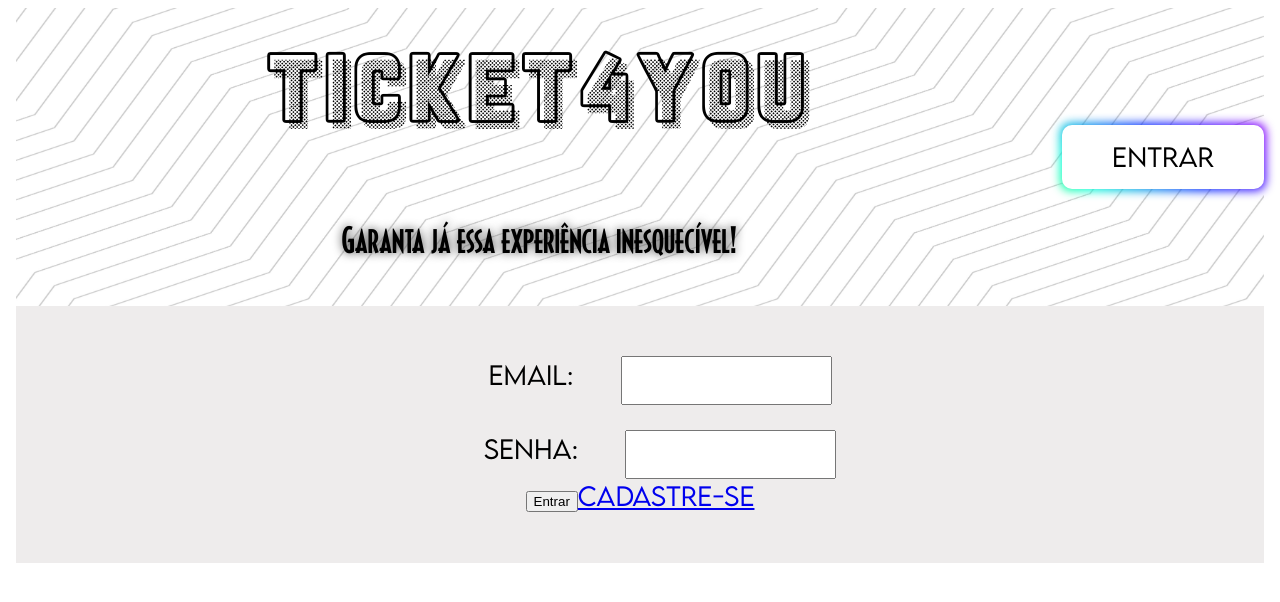
Repository: hellengurgaczz/projeto-DSA
Page: /login
The author's editor kept a copy of each file at every save. The page is drawn from the files as they stood at one save, then again after a run of saves.
The browser window is 1280 px wide. The pictures show the whole page.
The project was rebuilt for these pictures with package versions that can differ from the ones it lists, and the page was loaded fresh each time. Some packages were replaced by stand-ins written for this rebuild. Also part of the build but not shown: angular.json, src/app/ingressos/templates/cadastrar/cadastrar.component.ts, src/app/models/ingresso.model.ts, src/app/services/ingresso.service.ts, src/app/compra/comprar-ingresso/comprar-ingresso.component.ts, src/app/models/compra.model.ts, src/app/services/compra.service.ts, src/app/ingressos/templates/deletar/deletar.component.ts and 3 more.

Above is the page before, as saved 2022-05-10 12:32:15.

### src/index.html
<!doctype html>
<html lang="en">
<head>
  <meta charset="utf-8">
  <title>ProjetoDSA</title>
  <base href="/">
  <meta name="viewport" content="width=device-width, initial-scale=1">
  <link rel="icon" type="image/x-icon" href="favicon.ico">
</head>
<body>
  <app-root></app-root>
</body>
</html>

### src/app/app.module.ts
import { NgModule } from '@angular/core';
import { BrowserModule } from '@angular/platform-browser';
import { HttpClientModule } from '@angular/common/http';

import { AppRoutingModule } from './app-routing.module';
import { BrowserAnimationsModule } from '@angular/platform-browser/animations';
import { AppComponent } from './app.component';
import { HeaderComponent } from './ingressos/templates/header/header.component';
import { CadastrarComponent } from './ingressos/templates/cadastrar/cadastrar.component';
import { ListarComponent } from './ingressos/templates/listar/listar.component';
import { DeletarComponent } from './ingressos/templates/deletar/deletar.component';
import { EditarComponent } from './ingressos/templates/editar/editar.component';

// imports angular material

import { FormsModule } from '@angular/forms';
import { ComprarIngressoComponent } from './compra/comprar-ingresso/comprar-ingresso.component';
import { LoginComponent } from './login/login.component';
import { LoginCadastroComponent } from './login/login-cadastro/login-cadastro.component';


@NgModule({
  imports: [
    BrowserModule,
    AppRoutingModule,
    HttpClientModule,
    BrowserAnimationsModule,
    FormsModule
  ],
  declarations: [
    AppComponent,
    HeaderComponent,
    CadastrarComponent,
    ListarComponent,
    DeletarComponent,
    EditarComponent,
    ComprarIngressoComponent,
    LoginComponent,
    LoginCadastroComponent
  ],
  providers: [],
  bootstrap: [AppComponent]
})
export class AppModule { }

### src/app/app-routing.module.ts
import { NgModule } from '@angular/core';
import { RouterModule, Routes } from '@angular/router';
import { CadastrarComponent } from './ingressos/templates/cadastrar/cadastrar.component';
import { ComprarIngressoComponent } from './compra/comprar-ingresso/comprar-ingresso.component';
import { DeletarComponent } from './ingressos/templates/deletar/deletar.component';
import { EditarComponent } from './ingressos/templates/editar/editar.component';
import { ListarComponent } from './ingressos/templates/listar/listar.component';
import { LoginComponent } from './login/login.component';
import { LoginCadastroComponent } from './login/login-cadastro/login-cadastro.component';

const routes: Routes = [
  {path: "", component: ListarComponent},
  {path: "cadastrar", component: CadastrarComponent},
  {path: "listar", component: ListarComponent},
  {path: "editar/:id", component: EditarComponent},
  {path: "deletar/:id", component: DeletarComponent},
  {path: "comprar/:id", component: ComprarIngressoComponent},
  {path: "login", component: LoginComponent},
  {path: "login/cadastro", component: LoginCadastroComponent}
];

@NgModule({
  imports: [RouterModule.forRoot(routes)],
  exports: [RouterModule]
})

export class AppRoutingModule { }

### src/app/app.component.ts
import { Component } from '@angular/core';

@Component({
  selector: 'app-root',
  templateUrl: './app.component.html',
  styleUrls: ['./app.component.css']
})
export class AppComponent {
  title = 'projeto-DSA';
}

### src/app/login/login.component.ts
import { Component, OnInit } from '@angular/core';
import { ActivatedRoute, Router } from '@angular/router';
import { Login } from '../models/login.model';
import { LoginService } from '../services/login.service';

@Component({
  selector: 'app-login',
  templateUrl: './login.component.html',
  styleUrls: ['./login.component.css']
})
export class LoginComponent implements OnInit {

  login: Login = new Login();

  constructor(private service: LoginService, private router: Router, private route: ActivatedRoute) { }

  ngOnInit(): void {

  }

  verificarLogin() {
    this.service.buscarLogin(this.login).subscribe(() => {
      this.router.navigate(['/listar']);
    });
  }

}

### src/app/app.component.html
<body>
  <app-header></app-header>

  <main>

    <router-outlet></router-outlet>

  </main>
</body>

### src/app/app.component.css
body {
    background-color: rgba(146, 132, 132, 0.151);
}

### src/app/ingressos/templates/header/header.component.html

<div class="header">
    <div class="titulo">
        <h1 style="font-weight: lighter;">
            TICKET4YOU
        </h1>
        <h4 class="desc">
            Garanta já essa experiência inesquecível!
        </h4>
    </div>
    <div class="login">
        <a routerLink="./login">Entrar</a>
    </div>
</div>

### src/app/ingressos/templates/header/header.component.css
div.header {
    display: flex;
    flex-direction: row;
    background-image: url(../fonts/SL_042620_30310_10.jpg);
    background-size: cover;
}

.titulo {
    display: flex;
    width: 95%;
    align-items: center;
    justify-content: center;
    flex-direction: column;
    font-size: 25px;
    font-family:AMP;
}

.desc{
  font-family: DecoturaICG;
  text-shadow: 0 0 10px #424242;
  font-size: 35px;
  font-weight: lighter
}

.login {
    display: flex;
    justify-content: end;
    align-items: center;
}

a{
  padding: 0.6em 2em;
  border: none;
  text-decoration: none;
  font-family: LEMONMILK-Light;
  font-size: 25px;
  outline: none;
  color: rgb(0, 0, 0);
  background: rgb(255, 255, 255);
  cursor: pointer;
  position: relative;
  z-index: 0;
  border-radius: 10px;
  user-select: none;
  -webkit-user-select: none;
  touch-action: manipulation;
}

a::before{
  content: "";
  background: linear-gradient(
    45deg,
    #ff0000,
    #ff7300,
    #fffb00,
    #48ff00,
    #00ffd5,
    #002bff,
    #7a00ff,
    #ff00c8,
    #ff0000
  );
  position: absolute;
  top: -2px;
  left: -2px;
  background-size: 400%;
  z-index: -1;
  filter: blur(5px);
  -webkit-filter: blur(5px);
  width: calc(100% + 4px);
  height: calc(100% + 4px);
  animation: glowing-button-85 20s linear infinite;
  transition: opacity 0.3s ease-in-out;
  border-radius: 10px;
}

a::after{
  z-index: -1;
  content: "";
  position: absolute;
  width: 100%;
  height: 100%;
  background: rgb(255, 255, 255);
  left: 0;
  top: 0;
  border-radius: 10px;
}

@font-face{
  font-family: AMP;
  src:url(../fonts/AMP.ttf)
}

@font-face{
  font-family: LEMONMILK-Light;
  src: url(../fonts/LEMONMILK-Light.otf);
}

@font-face{
  font-family: DecoturaICG;
  src: url(../fonts/DecoturaICG.ttf);
}

@keyframes glowing-button-85 {
  0% {
    background-position: 0 0;
  }
  50% {
    background-position: 400% 0;
  }
  100% {
    background-position: 0 0;
  }
}

### src/app/login/login.component.html
<div class="all">
    <label class="email" for="email">Email: </label>
    <input type="text"  name="email" class="emailinput" [(ngModel)]="login.email">

    <p></p>

    <label class="senha" for="senha">Senha: </label>
    <input type="password"  name="email" class="senhainput" [(ngModel)]="login.senha">

    <div>
        <button (click)="verificarLogin()">Entrar</button>
        <a routerLink="login/cadastro">Cadastre-se</a>
    </div>
</div>

### src/app/login/login.component.css
.all{
  font-family: LEMONMILKLight;
  font-size: 25px;
  text-align: center;
  padding: 50px;
}

.email{
  margin: 40px;
}

.senha{
  margin: 40px;
}

.emailinput{
  padding: 15px;
}

.senhainput{
  padding: 15px;
}

@font-face{
  font-family: LEMONMILKLight;
  src: url(fonts/LEMONMILK-Light.otf);
}

### src/app/models/login.model.ts
export class Login {
    id: number = 0;
    email?: string;
    senha?: string;
}

### src/app/services/login.service.ts
import { HttpClient } from '@angular/common/http';
import { Injectable } from '@angular/core';
import { Observable } from 'rxjs';
import { Login } from '../models/login.model';

@Injectable({
  providedIn: 'root'
})
export class LoginService {

  constructor(private http: HttpClient) { }

  URL = "http://localhost:3001/logins";


    buscarLogin(login : Login) : Observable<Login>{
      return this.http.get<Login>(this.URL + "/" + login.id);
    }

    cadastrarIngresso(login : Login) : Observable<any> {
      return this.http.post(this.URL, login);
    }
}

Loaded but not shown: src/styles.css (common file); src/main.ts (common file); src/environments/environment.ts (common file); src/app/ingressos/templates/header/header.component.ts (common file)

After the next 3 saves:
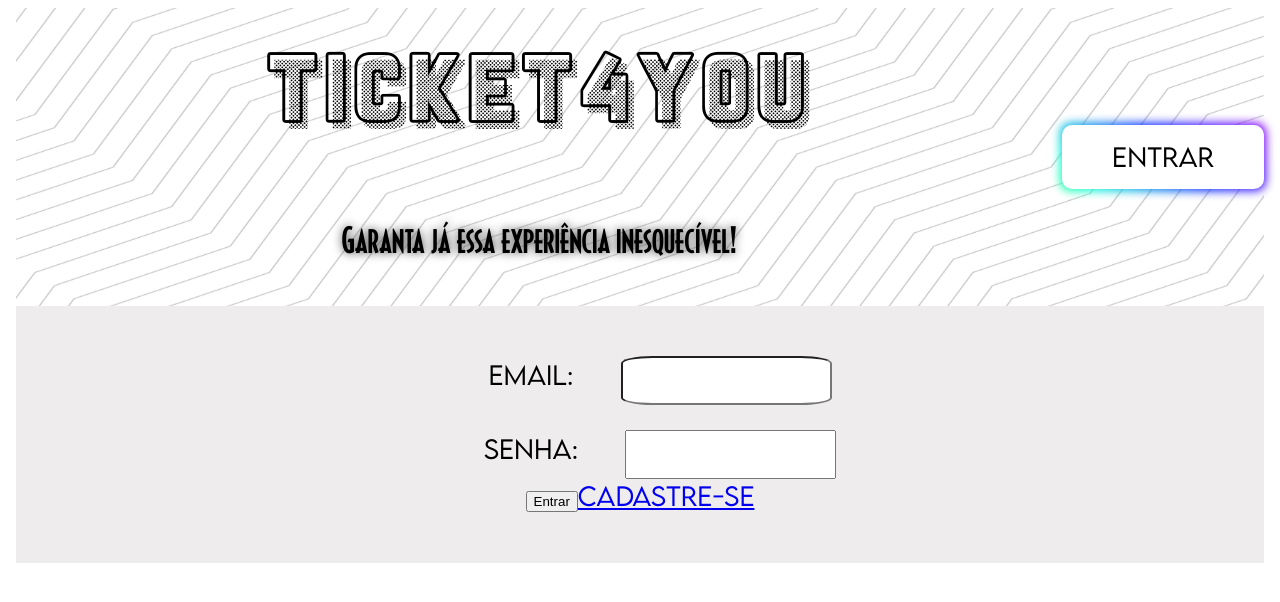
The 3 saves are shown as one change because they came seconds apart.
The last was saved 18 s later.
--- a/src/app/login/login.component.css
+++ b/src/app/login/login.component.css
@@ -15,6 +15,7 @@
 
 .emailinput{
   padding: 15px;
+  border-radius: 15%;
 }
 
 .senhainput{
